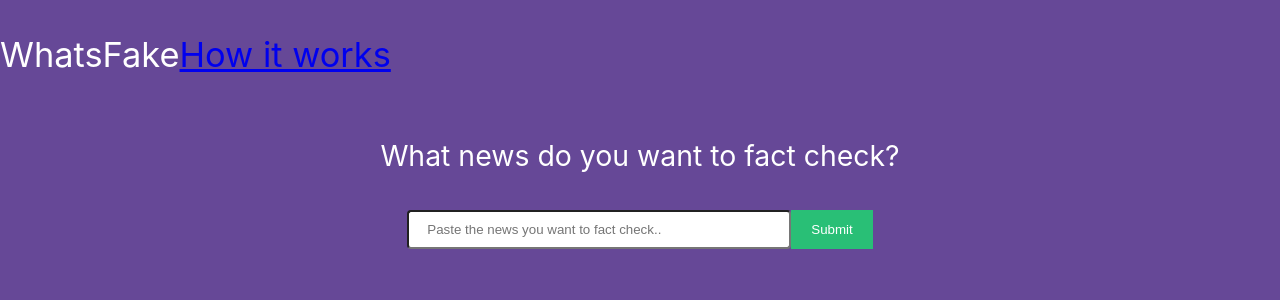
Repository: alkalox/FakeNews
Page: /
An editor plug-in stored every save of this project. The page is shown before and after the next save, followed by the edit.
The browser window is 1280 px wide. The pictures show the whole page.
The project was rebuilt for these pictures with package versions that can differ from the ones it lists, and the page was loaded fresh each time.

Above is the page before, as saved 2019-04-23 19:42:30.

### src/App.js
import React, { Component } from 'react';
import { BrowserRouter as Router, Route, Link } from "react-router-dom";
import './App.css';

class App extends Component {
  render () {
    return (
    <Router>
      <div>
        <Route path="/" exact component={Home} />
        <Route path="/howitworks" exact component={How} />
      </div>
    </Router>)
  }
}

class Home extends Component {
  constructor(props) {
    super(props);
    this.state = {
      value: '',
      str: '',
      result: '',
      isResult: false,
    };

    this.handleChange = this.handleChange.bind(this);
    this.handleSubmit = this.handleSubmit.bind(this);
  }

  handleChange(event) {
    this.setState({value: event.target.value});
  }

  handleSubmit(event) {
    this.setState({str: this.state.value});
    this.getPrediction();
    event.preventDefault();
  }

  getPrediction = async() => {
    const response = await fetch('http://127.0.0.1:5000/string?stringname=' + this.state.value)
    const convert = await response.json()
    this.setState({result:convert})
    this.setState({isResult:true})
  }


  render() {
    return (
      <div className="App">
        <div className = "Header">
          <header className="App-header">
            <p>
              WhatsFake
            </p>
            <Link to="/howitworks">How it works</Link>
          </header>
          <p className ="text">
            What news do you want to fact check?
          </p>
          <div className="Form">
            <form onSubmit={this.handleSubmit}>
              <label>
                <input
                  type="text"
                  value={this.state.value}
                  onChange={this.handleChange}
                  placeholder = "Paste the news you want to fact check.."
                  className ="input" />
              </label>
              <input type="submit" value="Submit" className ="submit" />
            </form>
          </div>
          {this.state.isResult ? (<div className = "result">
            <p> The entered news {this.state.value} is {this.state.result}</p>
            </div>) : ( <p></p>)}
        </div>
      </div>
    );
  }
}

class How extends Component {
  render () {
    return (
      <h1>
        This is how it works
      </h1>
    )
  }
}



export default App;

### src/App.css
.App {
  text-align: center;
}
.Header {
  text-align: center;
  background-color: #664897;
  min-height: 100vh;
}
.App-header {
  display: flex;
  flex-direction: row;
  align-items: center;
  justify-content: flex-start;
  font-size: calc(20px + 2vmin);
  color: white;
}

.input {
  width: 30%;
  padding: 10px 18px;
  margin: 8px 0;
  box-sizing: border-box;
  border-radius: 4px;
}

.submit {
  background-color: rgba(36, 202, 116, 0.918);
  border: none;
  color: white;
  padding: 12px 20px;
  text-decoration: none;
  margin: 8px 0px;
  cursor: pointer;
}

.text {
  display: flex;
  flex-direction: column;
  align-items: center;
  justify-content: center;
  font-size: calc(14px + 2vmin);
  color: white;
}

.result {
  display: flex;
  flex-direction: column;
  align-items: center;
  justify-content: center;
  font-size: calc(14px + 2vmin);
  color: white;
}

@keyframes App-logo-spin {
  from {
    transform: rotate(0deg);
  }
  to {
    transform: rotate(360deg);
  }
}

Loaded but not shown: public/index.html (common file); src/index.js (common file); src/index.css (common file); src/serviceWorker.js (common file)

After the next save:
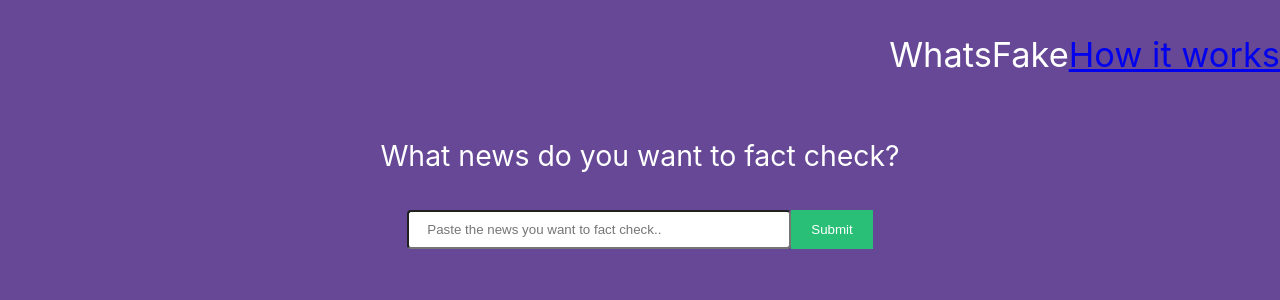
Saved 19 s later.
--- a/src/App.css
+++ b/src/App.css
@@ -10,7 +10,7 @@
   display: flex;
   flex-direction: row;
   align-items: center;
-  justify-content: flex-start;
+  justify-content: flex-end;
   font-size: calc(20px + 2vmin);
   color: white;
 }
